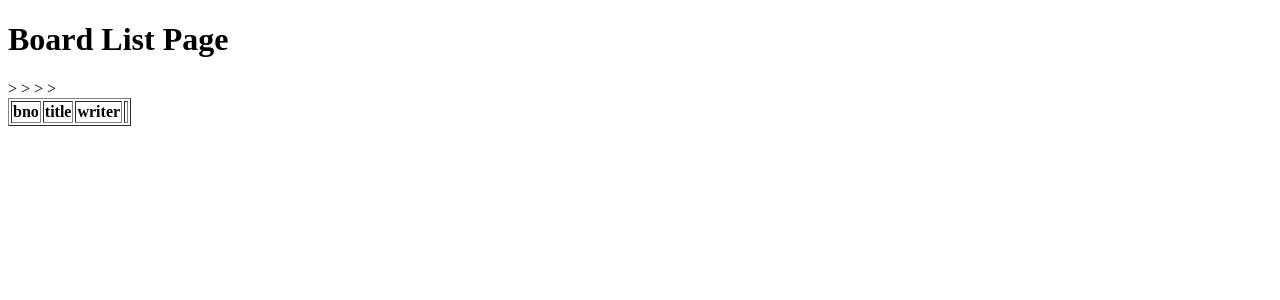
Repository: hwimi/2024-04-12-01
Page: http://localhost/jsp_study/board/list.jsp
The author's editor kept a copy of each file at every save. The page is drawn from the files as they stood at one save, then again after the next save.
The browser window is 1280 px wide. The pictures show the whole page.
The page is served by Tomcat 9. Other server files are loaded and not shown.

Above is the page before, as saved 2024-04-12 05:48:03.

### jsp_study/src/main/webapp/board/list.jsp
<%@ page language="java" contentType="text/html; charset=UTF-8"
    pageEncoding="UTF-8"%>
<!DOCTYPE html>
<html>
<head>
<meta charset="UTF-8">
<title>Insert title here</title>
</head>
<body>
	<h1>Board List Page</h1>

	<table border="1">
	<tr>
	<th>bno</th>>
	<th>title</th>>
	<th>writer</th>>
	<th></th>>


	</tr>
	</table>
</body>
</html>

After the next save:
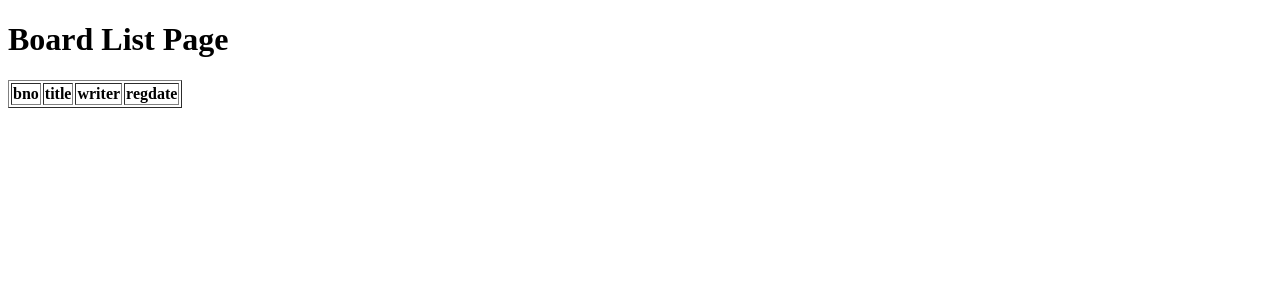
Saved 8 s later.
--- a/jsp_study/src/main/webapp/board/list.jsp
+++ b/jsp_study/src/main/webapp/board/list.jsp
@@ -11,10 +11,10 @@
 
 	<table border="1">
 	<tr>
-	<th>bno</th>>
-	<th>title</th>>
-	<th>writer</th>>
-	<th></th>>
+	<th>bno</th>
+	<th>title</th>
+	<th>writer</th>
+	<th>regdate</th>
 
 
 	</tr>
